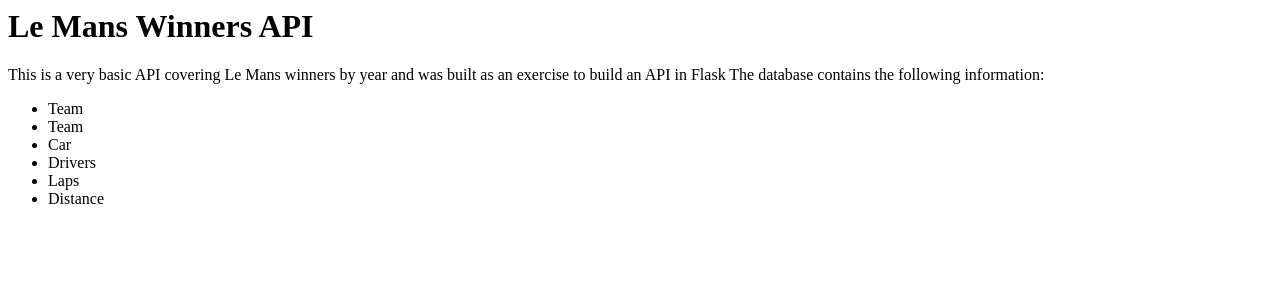
Repository: tidders2000/api_example
Page: http://localhost/
The author's editor kept a record of every edit. The page is drawn from the files as they stood at one moment, then again after the next edit.
The browser window is 1280 px wide. The pictures show the whole page.
The page is served by the project's application, run on Flask 3 (app.py).

Above is the page before.

### templates/winners.html

<div class="row">
    <h1>Le Mans Winners API</h1>

    <p>
        This is a very basic API covering Le Mans winners by year and was built as an exercise to build an API in Flask
        The database contains the following information:
            <ul>
                <li>Team</li>
                <li>Team</li>
                <li>Car</li>
                <li>Drivers</li>
                <li>Laps</li>
                <li>Distance</li>
            </ul>


    </p>

    <p>


    </p>


</div>

### app.py
import os
from flask import Flask,render_template, redirect, request, url_for, request, jsonify
from bson.json_util import dumps
app = Flask(__name__)

from flask_pymongo import PyMongo
app.config["MONGO_URI"]=os.getenv("MONGO_URI")
app.config["MONGO_DBNAME"] = 'leMans'

mongo = PyMongo(app)

@app.route('/')

def inst():
    return render_template("winners.html")



@app.route('/api/v1/resources/winners/all', methods=['GET'])
def api_all():
    winners=dumps(mongo.db.winners.find())

    return jsonify(winners)

@app.route('/api/v1/resources/winners', methods=['GET'])
def api_filter():
    query_parameters = request.args
    search_var={}
    year = query_parameters.get('year')
    team = query_parameters.get('team')
    car = query_parameters.get('car')
    drivers=query_parameters.get('driver')

    if year:
       search_var.update( {'year' : year} )
    if team:
       search_var.update( {'team' : team} )
    if car:
       search_var.update( {'car' : car} )
    if drivers:

       search_var.update( {'drivers' : drivers} )

    winners=dumps(mongo.db.winners.find(search_var))


    return jsonify(winners)
if __name__=='__main__':

    app.run(host=os.environ.get('IP'),
            port=int(os.environ.get('PORT')),
            debug=True)

After the next edit:
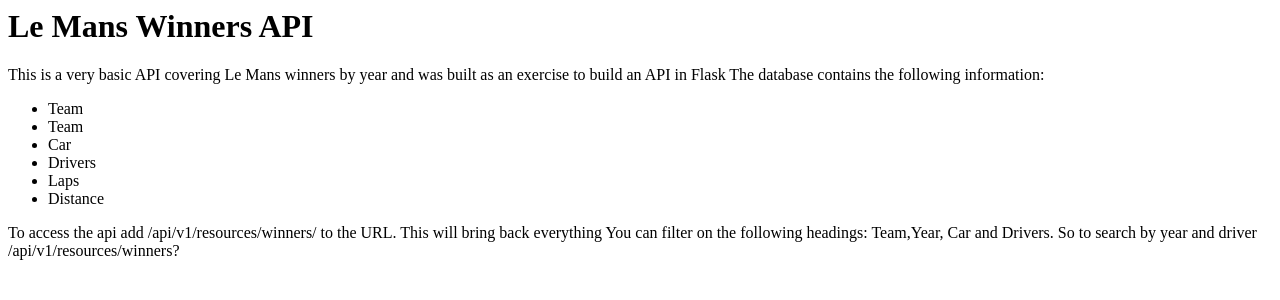
The edit:
--- a/templates/winners.html
+++ b/templates/winners.html
@@ -16,6 +16,10 @@
 
 
     </p>
+    To access the api add  /api/v1/resources/winners/ to the URL. This will bring back everything
+    You can filter on the following headings: Team,Year, Car and Drivers. So to search by year and driver
+
+     /api/v1/resources/winners?
 
     <p>
 
